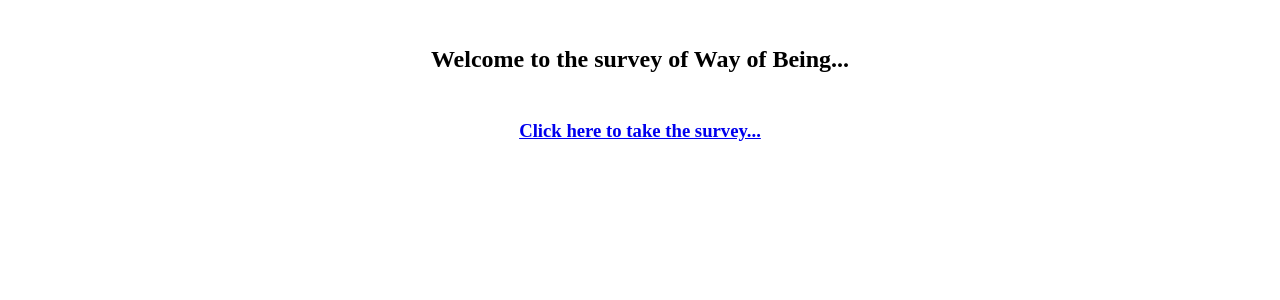
Repository: onlinechetan/WayOfBeing
Page: http://localhost/wayofbeing/
An editor plug-in stored every save of this project. The page is shown before and after the next save, followed by the edit.
The browser window is 1280 px wide. The pictures show the whole page.
The page is served by Tomcat 9.

Above is the page before, as saved 2015-11-07 21:32:55.

After the next save:
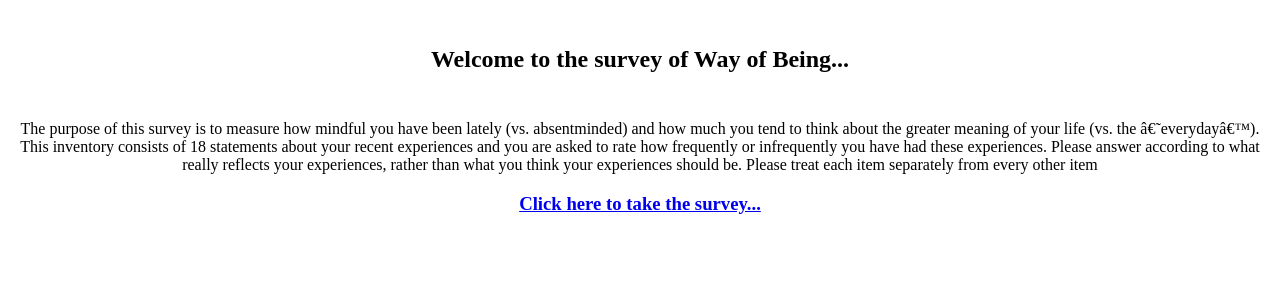
Saved 17 s later.
--- a/wayofbeing/WebContent/index.jsp
+++ b/wayofbeing/WebContent/index.jsp
@@ -11,7 +11,7 @@
 		<h2>
 			Welcome to the survey of Way of Being...<br> <br>
 		</h2>
-
+		The purpose of this survey is to measure how mindful you have been lately (vs. absentminded) and how much you tend to think about the greater meaning of your life (vs. the ‘everyday’). This inventory consists of 18 statements about your recent experiences and you are asked to rate how frequently or infrequently you have had these experiences. Please answer according to what really reflects your experiences, rather than what you think your experiences should be. Please treat each item separately from every other item
 		<h3>
 			<a href="welcome.jsp">Click here to take the survey... </a>
 		</h3>
